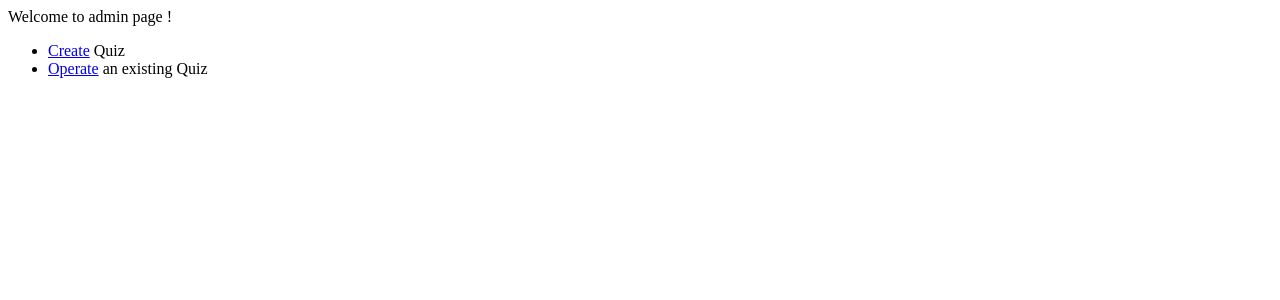
Repository: Sourabh-Gautam/epam-hometask
Page: http://localhost/onlinequizmanagement/view/adminpage.jsp
The author's editor kept a copy of each file at every save. The page is drawn from the files as they stood at one save, then again after the next save.
The browser window is 1280 px wide. The pictures show the whole page.
The page is served by Tomcat 9. Other server files are loaded and not shown.

Above is the page before, as saved 2022-11-09 16:07:43.

### Spring/Spring Boot Web/onlinequizmanagement/src/main/webapp/view/adminpage.jsp
<%@ page language="java" contentType="text/html; charset=ISO-8859-1"
    pageEncoding="ISO-8859-1"%>
<!DOCTYPE html>
<html>
<head>
<meta charset="ISO-8859-1">
<title>Insert title here</title>
</head>
<body>
	Welcome to admin page !
	<ul>
		<li><a href="/admin/createquizpage">Create</a> Quiz</li>
		<li><a href="/admin/operatequizpage">Operate</a> an existing Quiz</li>
	</ul>
</body>
</html>

After the next save:
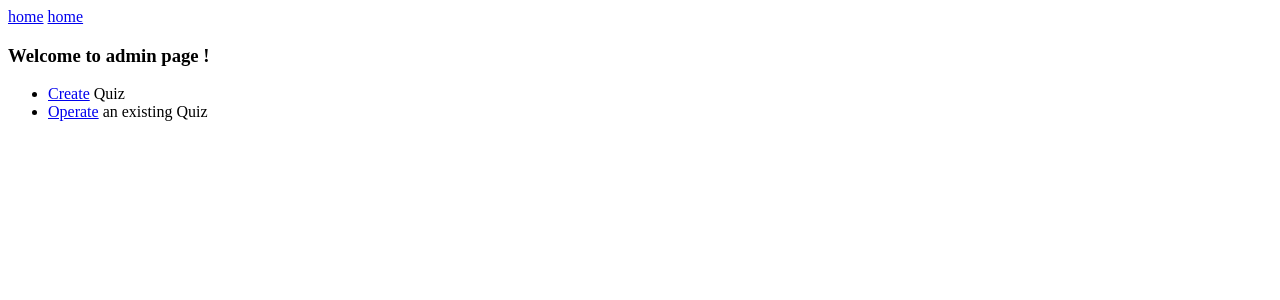
Saved 71 s later.
--- a/Spring/Spring Boot Web/onlinequizmanagement/src/main/webapp/view/adminpage.jsp
+++ b/Spring/Spring Boot Web/onlinequizmanagement/src/main/webapp/view/adminpage.jsp
@@ -1,5 +1,5 @@
 <%@ page language="java" contentType="text/html; charset=ISO-8859-1"
-    pageEncoding="ISO-8859-1"%>
+	pageEncoding="ISO-8859-1"%>
 <!DOCTYPE html>
 <html>
 <head>
@@ -7,7 +7,11 @@
 <title>Insert title here</title>
 </head>
 <body>
-	Welcome to admin page !
+	<div>
+		<span><a href="/">home</a></span>
+		<span><a href="/">home</a></span>
+	</div>
+	<h3>Welcome to admin page !</h3>
 	<ul>
 		<li><a href="/admin/createquizpage">Create</a> Quiz</li>
 		<li><a href="/admin/operatequizpage">Operate</a> an existing Quiz</li>
